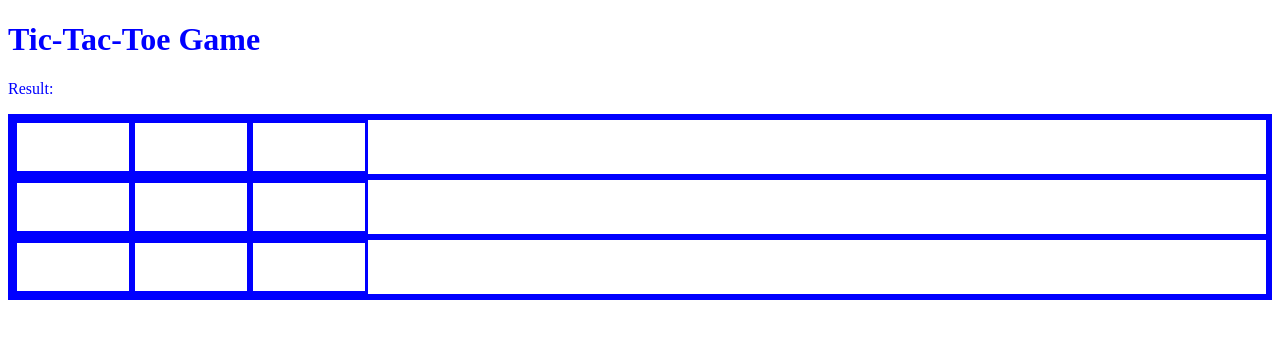
Repository: 0101chaitanya/Tic-Tac-Toe
Page: index.html
An editor plug-in stored every save of this project. The page is shown before and after the next save, followed by the edit.
The browser window is 1280 px wide. The pictures show the whole page.

Above is the page before, as saved 2021-06-09 17:10:30.

After the next save:
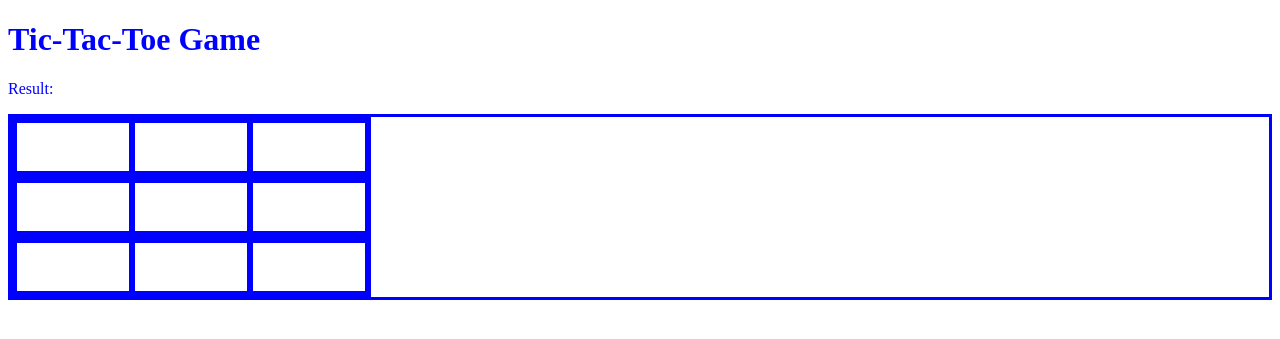
Saved 8 s later.
--- a/styles.css
+++ b/styles.css
@@ -12,8 +12,8 @@ margin:auto;
 #gameSquare>div:nth-child(n){
     border-style: solid;
     display:flex;
-    width:auto;
-    height:auto;
+    width:fit-content;
+    height:fit-content;
 
 }
 #gameSquare>div:nth-child(n)>div:nth-child(n){
